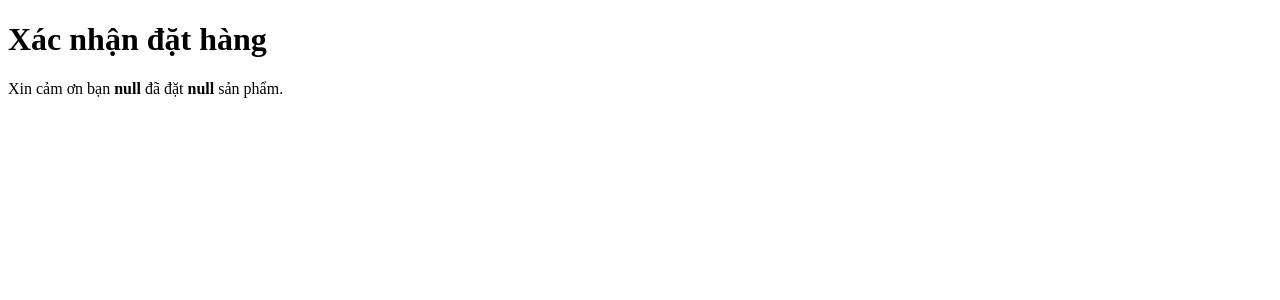
Repository: vnmk1/jsp_servlet-tutorials
Page: http://localhost/Bai6_BaiTapJSP2/trangDatHang.jsp
These files come from the project's save history. The page is drawn as it stood at one moment and after the next save; the edit follows.
The browser window is 1280 px wide. The pictures show the whole page.
The page is served by Tomcat 9.

Above is the page before, as saved 2023-07-19 07:40:54.

### Bai6_BaiTapJSP2/src/main/webapp/trangDatHang.jsp
<%@ page language="java" contentType="text/html; charset=UTF-8"
	pageEncoding="UTF-8"%>
<!DOCTYPE html>
<html>
<head>
<meta charset="UTF-8">
<title>Insert title here</title>
</head>
<body>
	<%
	String hoVaTen = request.getParameter("hoVaTen");
	String email = request.getParameter("email");
	String soLuong = request.getParameter("soLuong");
	%>

	<h1>Xác nhận đặt hàng</h1>
	<p>Xin cảm ơn bạn <b><%=hoVaTen%></b> đã đặt <b><%=soLuong%></b> sản phẩm.<br/>

</body>
</html>

After the next save:
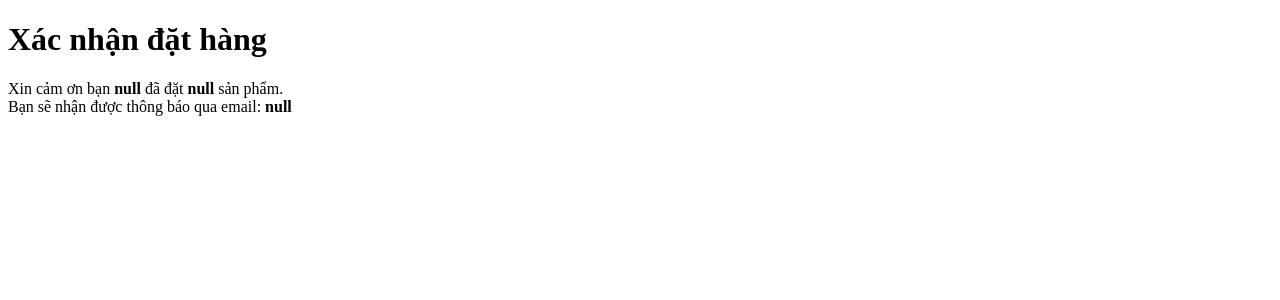
Saved 48 s later.
--- a/Bai6_BaiTapJSP2/src/main/webapp/trangDatHang.jsp
+++ b/Bai6_BaiTapJSP2/src/main/webapp/trangDatHang.jsp
@@ -15,6 +15,7 @@
 
 	<h1>Xác nhận đặt hàng</h1>
 	<p>Xin cảm ơn bạn <b><%=hoVaTen%></b> đã đặt <b><%=soLuong%></b> sản phẩm.<br/>
-
+		Bạn sẽ nhận được thông báo qua email: <b><%=email %></b>
+	</p>
 </body>
 </html>
